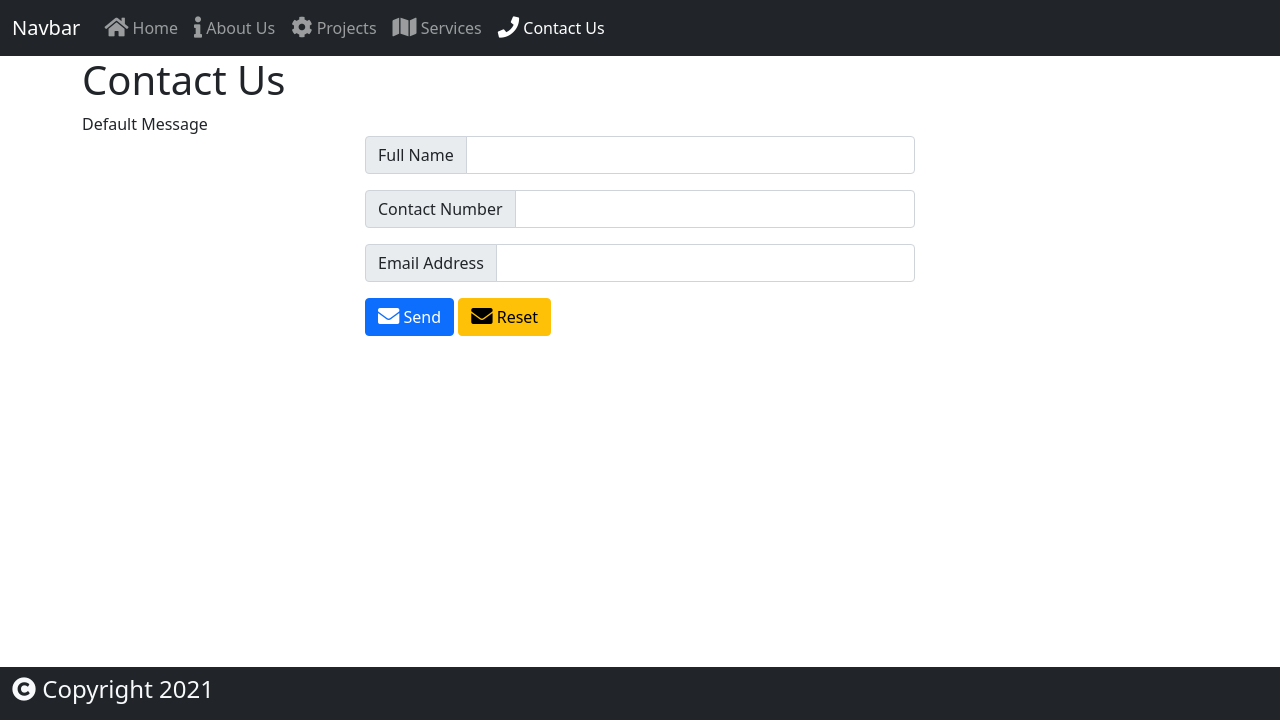
Repository: CKM206/WEBD6201-W2021---ICE1
Page: contact.html
These files come from the project's save history. The page is drawn as it stood at one moment and after the next save; the edit follows.
The browser window is 1280 px wide. The pictures show the whole page.

Above is the page before, as saved 2021-01-21 09:46:00.
Console error: ReferenceError: getElementById is not defined

After the next save:
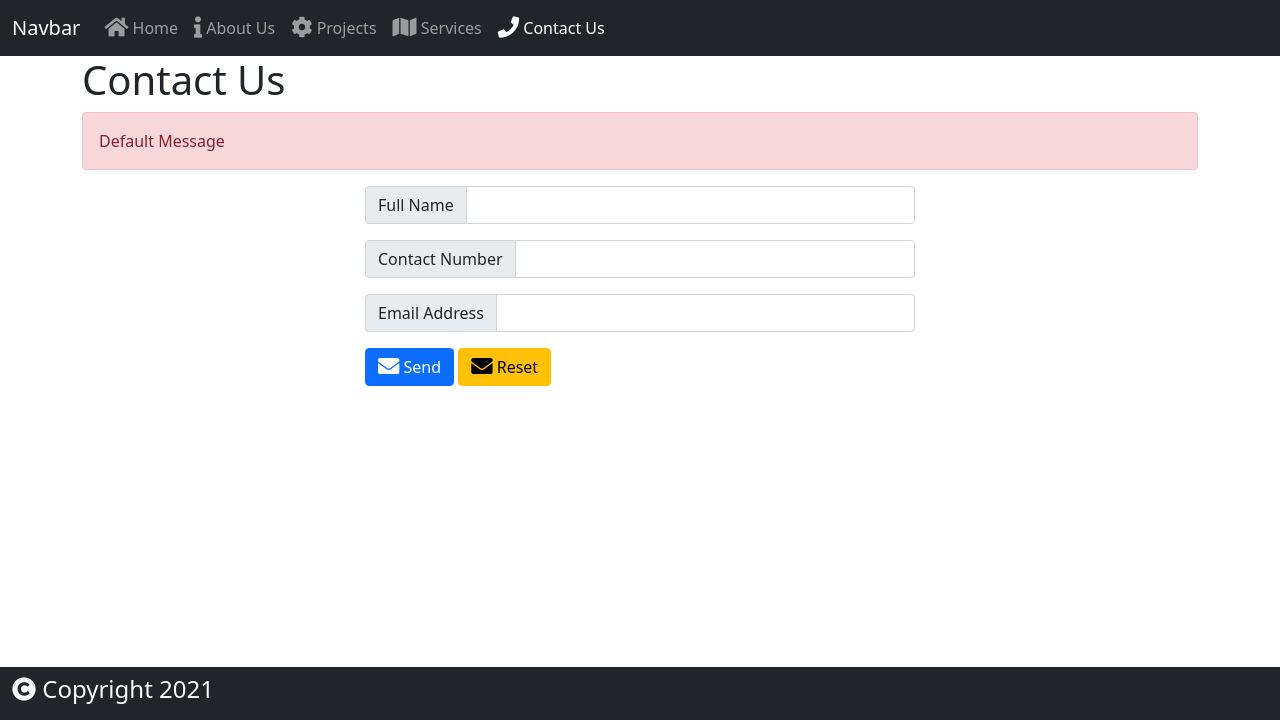
Saved 37 s later.
--- a/contact.html
+++ b/contact.html
@@ -49,7 +49,7 @@
     <!-- Main Content -->
     <main class="container">
       <h1>Contact Us</h1>
-      <div id="messageArea" class="text-alert">Default Message</div>
+      <div id="messageArea" class="alert alert-danger">Default Message</div>
       <div class="row justify-content-lg-center g-3">
         <form class="col-lg-6 col-md-8 col-sm-10">
 
